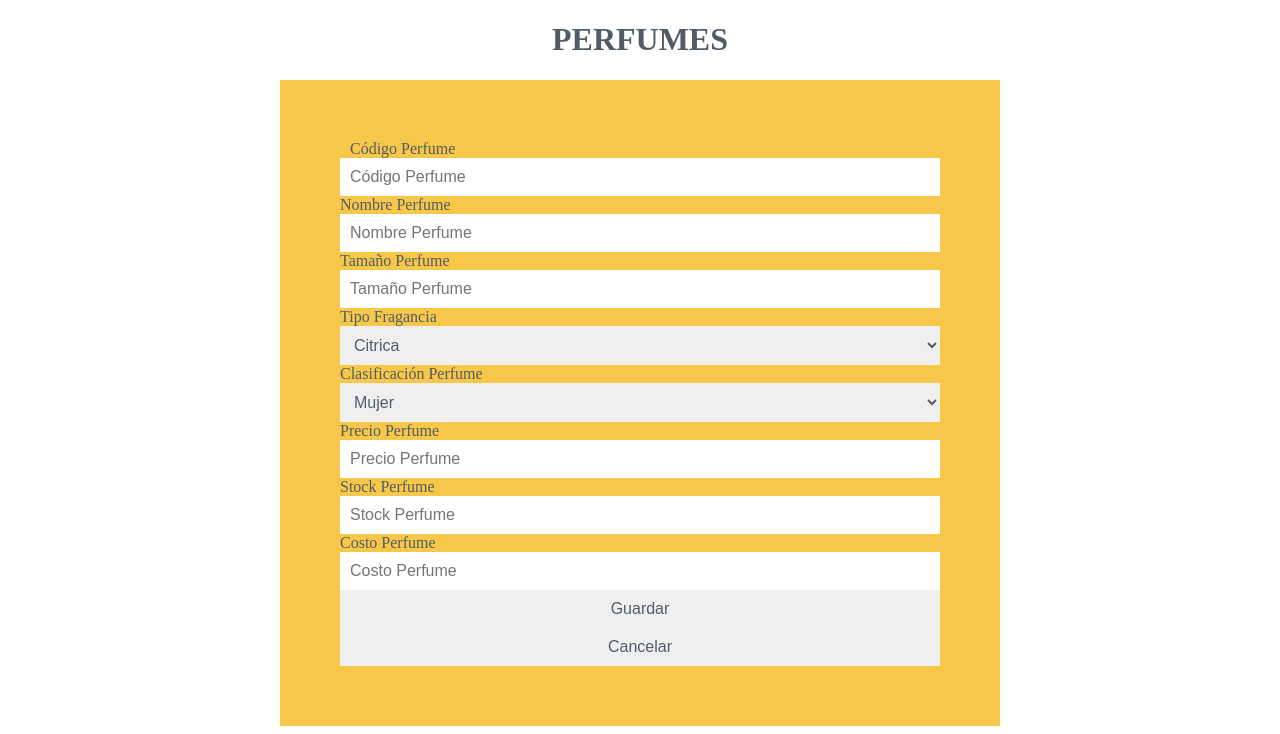
Repository: alejamorenovallejo/arosmile
Page: perfume.html
These files come from the project's save history. The page is drawn as it stood at one moment and after the next save; the edit follows.
The browser window is 1280 px wide. The pictures show the whole page.

Above is the page before, as saved 2021-09-12 02:22:42.
Not found: main.js

### perfume.html
<!DOCTYPE html>
<html>
  <head>
    <meta charset="utf-8" />
    <meta http-equiv="X-UA-Compatible" content="IE=edge" />
    <title>Perfumes</title>
    <meta name="viewport" content="width=device-width, initial-scale=1" />
    <link
      rel="stylesheet"
      type="text/css"
      media="screen"
      href="css/style.css"
    />
    <script src="main.js"></script>
  </head>
  <body>
    <header></header>
    <main>
        <h1>PERFUMES</h1>
        <form action="" method="POST">
          <label for="codigo_perfume">
            <span>Código Perfume</span>
            <input
              type="text"
              id="codigo_perfume"
              name="codigo_perfume"
              placeholder="Código Perfume"
            />
          </label>
          <label for="nombre_perfume">
            <span>Nombre Perfume</span>
            <input
              type="text"
              id="nombre_perfume"
              name="nombre_perfume"
              placeholder="Nombre Perfume"
            />
          </label>
          <label for="tamano_perfume">
            <span>Tamaño Perfume</span>
            <input
              type="number"
              id="tamano_perfume"
              name="tamano_perfume"
              placeholder="Tamaño Perfume"
            />
          </label>
          <label for="tipo_frangancia">
            <span>Tipo Fragancia</span>
            <select
              name="tipo_frangancia"
              id="tipo_frangancia"
              placeholder="Tipo Fragancia"
            >
              <option value="1">Citrica</option>
            </select>
          </label>
          <label for="clasificacion_perfume">
            <span>Clasificación Perfume</span>
            <select
              name="clasificacion_perfume"
              id="clasificacion_perfume"
              placeholder="Clasificación Perfume"
            >
              <option value="1">Mujer</option>
              <option value="2">Hombre</option>
              <option value="3">Infantil</option>
            </select>
          </label>
          <label for="precio_perfume">
            <span>Precio Perfume</span>
            <input
              type="number"
              id="precio_perfume"
              name="precio_perfume"
              placeholder="Precio Perfume"
            />
          </label>
          <label for="stock_perfume">
            <span>Stock Perfume</span>
            <input
              type="number"
              id="stock_perfume"
              name="stock_perfume"
              placeholder="Stock Perfume"
            />
          </label>
          <label for="costo_perfume">
            <span>Costo Perfume</span>
            <input
              type="number"
              id="costo_perfume"
              name="costo_perfume"
              placeholder="Costo Perfume"
            />
          </label>
          <input
            type="submit"
            id="guardar_perfume"
            name="guardar_perfume"
            value="Guardar"
          />
          <input
            type="button"
            id="cancelar_perfume"
            name="cancelar_perfume"
            value="Cancelar"
          />
        </form>
    </main>
  </body>
</html>

### css/style.css
form {
  padding: 60px;
  max-width: 600px;
  background-color: #F7C74A;
  margin: 0 auto;
}
form input, form select,form label{
    width: 100%;
    padding: 10px;
    -webkit-box-sizing: border-box;
    box-sizing: border-box;
    border: none;
    color: #525c66;
    font-size: 1em;
    resize: horizontal;
}

h1 {
    text-align: center;
    color: #525c66;

}

After the next save:
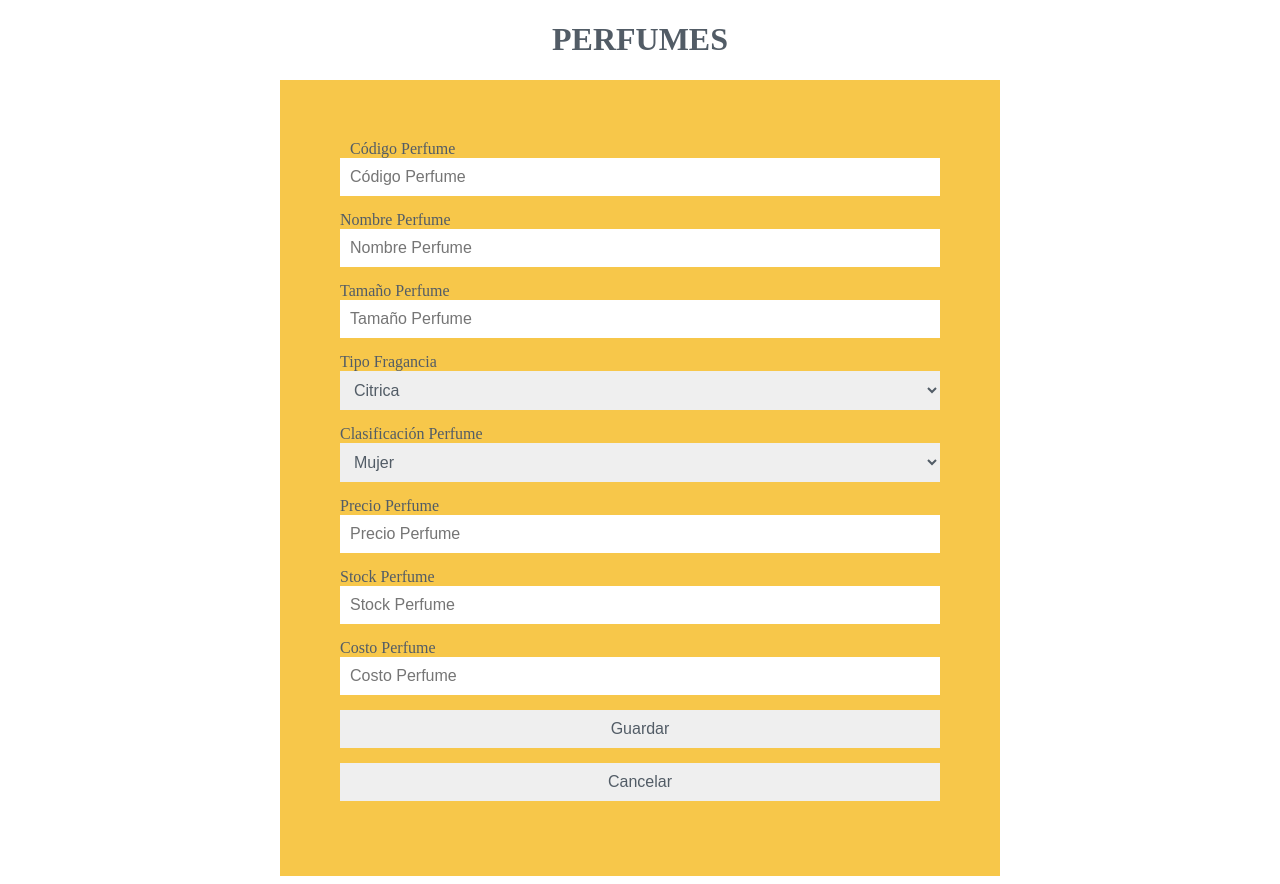
Saved 5 s later.
--- a/css/style.css
+++ b/css/style.css
@@ -5,6 +5,7 @@ form {
   margin: 0 auto;
 }
 form input, form select,form label{
+    margin-bottom: 15px;
     width: 100%;
     padding: 10px;
     -webkit-box-sizing: border-box;
